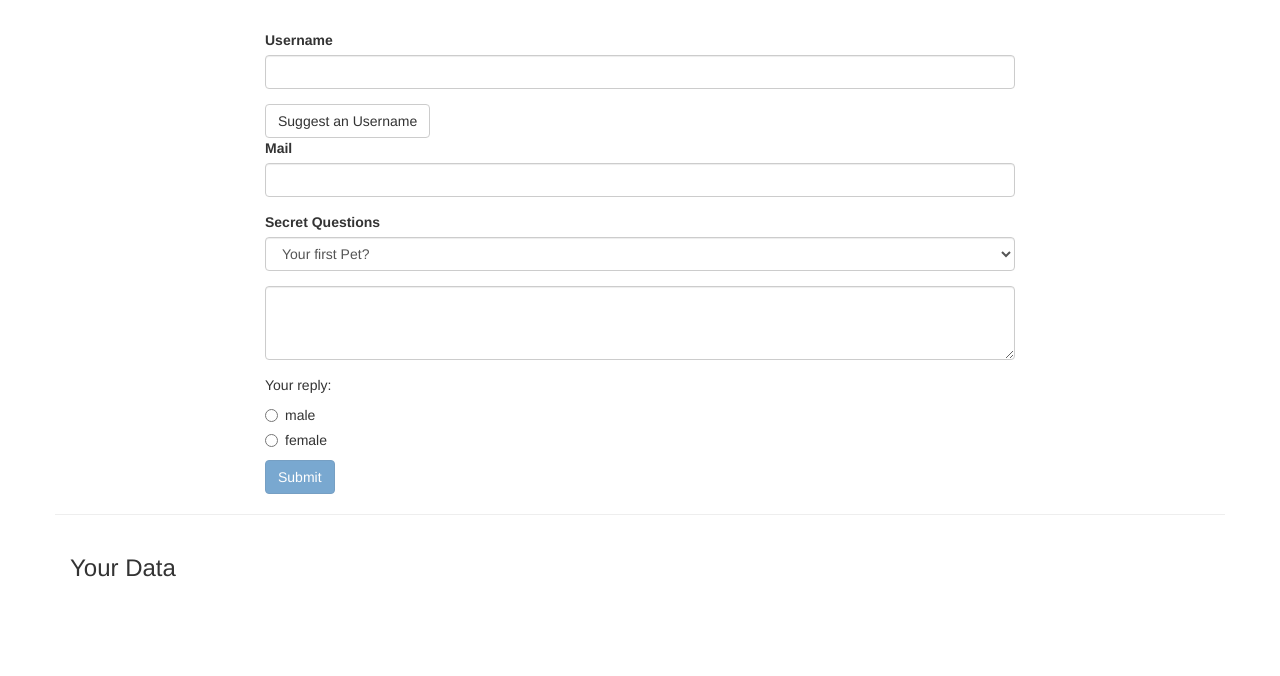
Repository: NikitasX/AngularCourse
Page: / (app in forms-start/)
An editor plug-in stored every save of this project. The page is shown before and after a run of saves, followed by the edit.
The browser window is 1280 px wide. The pictures show the whole page.
The project was rebuilt for these pictures with package versions that can differ from the ones it lists, and the page was loaded fresh each time. Also part of the build but not shown: forms-start/angular.json.

Above is the page before, as saved 2020-09-25 16:10:59.

### forms-start/src/app/app.component.ts
import { Component, ViewChild } from '@angular/core';
import { NgForm } from '@angular/forms';

@Component({
  selector: 'app-root',
  templateUrl: './app.component.html',
  styleUrls: ['./app.component.css']
})
export class AppComponent {
  @ViewChild('f') signupForm:NgForm;
  defaultQuestion = 'pet';
  answer = '';
  genders = ['male', 'female'];

  suggestUserName() {
    const suggestedName = 'Superuser';
    // this.signupForm.setValue({
    //   userData: {
    //     username: suggestedName,
    //     email: ''
    //   },
    //   secret: 'pet',
    //   questionAnswer: '',
    //   gender: 'male'
    // });

    this.signupForm.form.patchValue({
      userData: {
        username: suggestedName
      }
    });
  }

  // onSubmit(form: NgForm) {
  //   console.log(form);
  // }

  onSubmit() {
    console.log(this.signupForm);
  }
}

### forms-start/src/app/app.component.html
<div class="container">
  <div class="row">
    <div class="col-xs-12 col-sm-10 col-md-8 col-sm-offset-1 col-md-offset-2">
      <form (ngSubmit)="onSubmit()" #f="ngForm">
        <div
          id="user-data"
          ngModelGroup="userData"
          #userData="ngModelGroup">
          <div class="form-group">
            <label for="username">Username</label>
            <input
              type="text"
              id="username"
              class="form-control"
              ngModel
              name="username"
              required>
          </div>
          <button
            class="btn btn-default"
            type="button"
            (click)="suggestUserName()">Suggest an Username</button>
          <div class="form-group">
            <label for="email">Mail</label>
            <input
              type="email"
              id="email"
              class="form-control"
              ngModel
              name="email"
              required
              email
              #email="ngModel">
             <span
              class="help-block"
              *ngIf="!email.valid && email.touched">
                Please enter a valid email!
              </span>
          </div>
        </div>
        <p *ngIf="!userData.valid && userData.touched">User data is invalid</p>
        <div class="form-group">
          <label for="secret">Secret Questions</label>
          <select
            id="secret"
            class="form-control"
            [ngModel]="defaultQuestion"
            name="secret">
            <option value="pet">Your first Pet?</option>
            <option value="teacher">Your first teacher?</option>
          </select>
        </div>
        <div class="form-group">
          <textarea
          class="form-control"
          name="questionAnswer"
          rows="3"
          [(ngModel)]="answer"></textarea>
        </div>
        <p>Your reply: {{ answer }}</p>

        <div class="radio" *ngFor="let gender of genders">
          <label>
            <input
            type="radio"
            name="gender"
            ngModel
            [value]="gender"
            required>
            {{ gender }}
          </label>
        </div>
        <button
          class="btn btn-primary"
          type="submit"
          [disabled]="!f.valid">Submit</button>
      </form>
    </div>
  </div>
  <div class="row">
    <hr>
    <div class="col-xs-12">
      <h3>Your Data</h3>
      <p></p>
      <p></p>
    </div>
  </div>
</div>

Loaded but not shown: forms-start/src/index.html (common file); forms-start/src/styles.css (common file); forms-start/src/main.ts (common file); forms-start/src/app/app.module.ts (common file); forms-start/src/environments/environment.ts (common file); forms-start/src/app/app.component.css (common file)

After the next 2 saves:
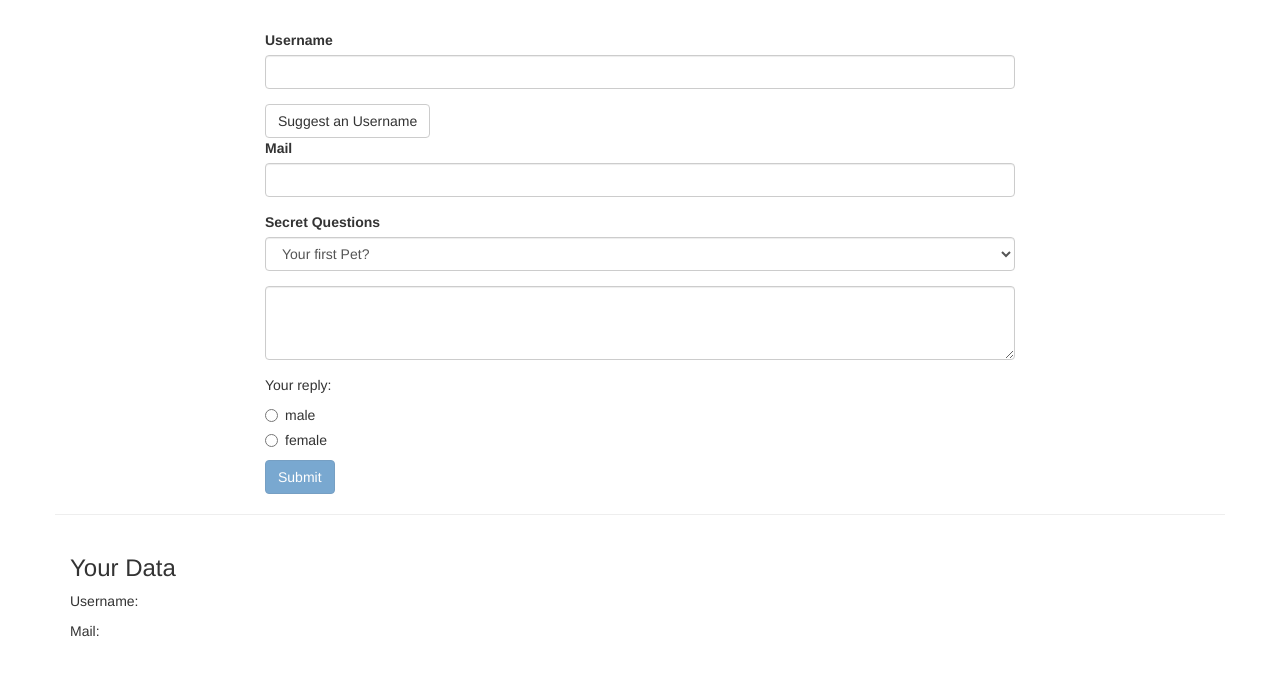
The 2 saves are shown as one change because they came seconds apart.
The last was saved 8 s later.
--- a/forms-start/src/app/app.component.html
+++ b/forms-start/src/app/app.component.html
@@ -81,8 +81,8 @@
     <hr>
     <div class="col-xs-12">
       <h3>Your Data</h3>
-      <p></p>
-      <p></p>
+      <p>Username:</p>
+      <p>Mail: </p>
     </div>
   </div>
 </div>
